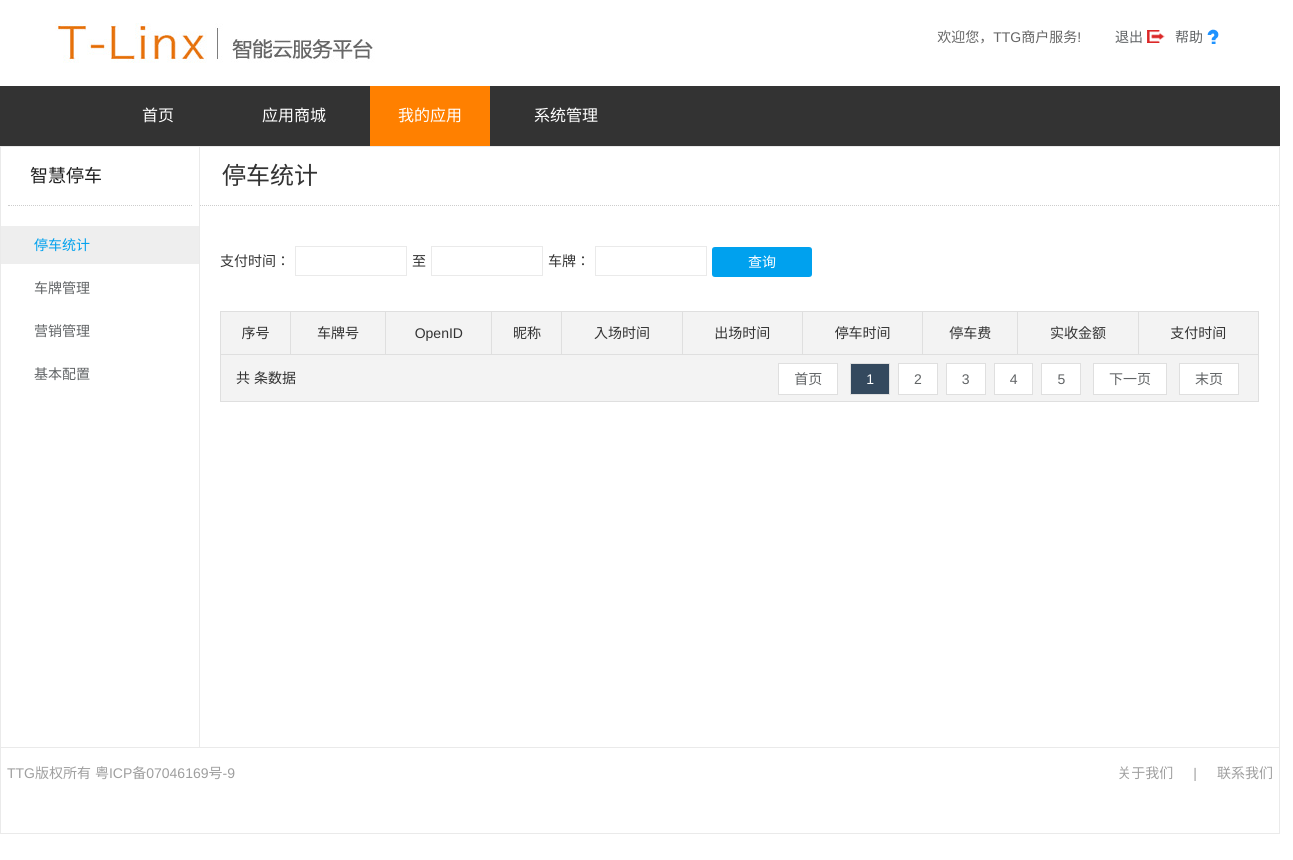
Repository: Keori/ParkCar
Page: admin/商户云/智慧停车/ParkManage.html
The author's editor kept a copy of each file at every save. The page is drawn from the files as they stood at one save, then again after the next save.
The browser window is 1280 px wide. The page is 1293 px wide, so the pictures cover 1293 px, including what lies to the right of the window. The pictures show the whole page.
The page's requests for data from a server got no answer.

Above is the page before, as saved 2018-12-24 10:30:24.

### admin/商户云/智慧停车/ParkManage.html
<!DOCTYPE html>
<html lang="en">
<head>
    <meta charset="utf-8">
    <meta name="viewport" content="initial-scale=1.0,width=device-width" />
    <meta name="keywords" content="" />
    <meta name="description" content="" />
    <title>会员卡</title>
    <link href="../css/reset.css" type="text/css" rel="stylesheet"/>
    <link href="../css/layout.css" type="text/css" rel="stylesheet"/>
    <link href="../laydate/laydate.css" type="text/css" rel="stylesheet"/>
    <script type="text/javascript" src="../js/jquery-3.1.1.min.js"></script>
    <script type="text/javascript" src="../js/vue.js"></script>
</head>
<body>
<header class="header index_header">
    <div class="top w1170">
        <div class="logo"><i></i><img src="../images/logo.jpg" alt=""/></div>
        <div class="top_right">欢迎您，TTG商户服务! <span class="icon out_icon"><a href="">退出<code></code></a></span><span class="icon help_icon"><a href="">帮助<code></code></a></span></div>
    </div>

    <menu class="menu">
        <div class="w1170">
            <ul>
                <li><a href="">首页</a></li>
                <li><a href="">应用商城</a></li>
                <li class="on"><a href="">我的应用</a></li>
                <li><a href="">系统管理</a></li>
            </ul>
        </div>
    </menu>
</header>
<section id="content" class="content content1170">
    <aside class="left_con">
        <div class="left_con_tit borderb">智慧停车</div>

        <ul>
            <li class="on"><a href="">停车统计</a></li>
            <li><a href="">车牌管理</a></li>
            <li>
                <h1><a class='pagetitle' href="javascript:;" @click='ManageType'>营销管理</a><i></i></a>
                <div class='secondary' v-show='type'>
                    <h2 :class="{active:changeGray===1}" @click='change(1)'>
                        <a class='nextselect' href="Manage.html">
                            <span class='blockText'>模板类型</span>
                        </a>
                    </h2>
                    <h2 :class="{active:changeGray===2}" @click='change(2)'>
                        <a class='nextselect' href="Manage2.html">
                            <span class='blockText'>广告类型</span>
                        </a>
                    </h2>
                </div>
            </li>
            <li><a href="Basic.html">基本配置</a></li>
        </ul>
    </aside>
    <section id="boxRight" class="boxRight">
        <div class="boxRight_tit f1 borderb">停车统计</div>
        <article class="boxRightCon">
            <div class="CommonInput viplist_formlist viplist_formlist_1">
                <ul>
                    <li>
                        <span class="name">支付时间：</span><input id='timeData' name="text" type="text" style="width:100px;"/>
                    </li>
                    <li>
                        <span class="name">至</span><input id='timeData1' name="text" type="text" style="width:100px;"/>
                    </li>
                    <li>
                        <span class="name">车牌：</span><input v-model='filterSearch.plateNo' name="text" type="text" style="width:100px;"/>
                    </li>
                    <li>
                        <div class="org_btn"><a @click='Search'>查询</a></div>
                    </li>
                </ul>
            </div>
            <table width="100%" cellpadding="0" cellspacing="0" border="0" class="commonTable commonTable4">
                <tr>
                    <th>序号</th>
                    <th>车牌号</th>
                    <th>OpenID</th>
                    <th>昵称</th>
                    <th>入场时间</th>
                    <th>出场时间</th>
                    <th>停车时间</th>
                    <th>停车费</th>
                    <th>实收金额</th>
                    <th>支付时间</th>
                </tr>
                <tr v-for='(item,index) in Park' v-show='index<6'>
                    <td>{{index+1}}</td>
                    <td>{{item.plateNo}}</td>
                    <td>{{item.OpenId}}</td>
                    <td>{{item.nickName}}</td>
                    <td>{{item.entryTime}}</td>
                    <td>{{item.payTime}}</td>
                    <td>{{item.elapsedTime}}</td>
                    <td>{{item.payable}}</td>
                    <td class="red">{{item.OfficialMoney}}</td>
                    <td>{{item.payTime}}</td>
                </tr>
            </table>
            <div class="bg_f3 page">共 {{pages.pageSize}} 条数据
                <div class="page_right fr">
                    <a href="javascript:;">首页</a>
                    <span v-show='current != 0' @click='current-- && goto(current)'>
                        <a href="#">上一页</a>
                    </span>
                    <span class='itempage'
                        v-for='(paging,index) in items'
                        :key='index'>
                        <a href="javascript:;" :class='{active:current===index}' @click='goto(index)'>{{paging}}</a>
                    </span>
                    <span v-show="allpage != current && allpage != 0 " @click="current++ && goto(current++)">
                        <a href="#">下一页</a>
                    </span>
                    <a href="javascript:;">末页</a>
                </div>
            </div>
        </article>
    </section>
    <footer class="footer">
        <div class="w1000">
            <p class="footer_a fl">TTG版权所有   粤ICP备07046169号-9</p>
            <p class="footer_b fr"><a href="">关于我们</a>|<a href="">联系我们</a></p>
        </div>
    </footer>
</section>
<script  type="text/javascript">
    new Vue({
        el: '#content',
        data(){
            return{
                current: 0,
                showItem:5,
                allpage:13,
                type: false,
                changeGray: '',
                filterSearch:{
                    plateNo: '',
                    payTimeStart: '',
                    payTimeEnd: ''
                },
                Park: [],
                pages:{},
            }
        },
        computed:{
            items(){
                // const c = this.pages.currPage
                // const t = this.pages.totalPage
                // if(c){
                //     return [1,2,3,4,5]
                // }else if(c >=6){
                //     return ['···',c-1,c,c+1,'···',t]
                // }else{
                //     return [1,2,3,4,5,'···',t]
                // }
                let pag = [];
                if( this.current < this.showItem ){
                    let i = Math.min(this.showItem,this.allpage);
                    while(i){
                        pag.unshift(i--);
                    }
                }else{
                    let middle = this.current - Math.floor(this.showItem / 2 ),
                        i = this.showItem;
                    if( middle >  (this.allpage - this.showItem)  ){
                        middle = (this.allpage - this.showItem) + 1
                    }
                    while(i--){
                        pag.push( middle++ );
                    }
                }
                return pag
            }
        },
        methods:{
            Search(){
                this.filterSearch.payTimeStart = $('#timeData').val()
                this.filterSearch.payTimeEnd = $('#timeData1').val()
                let params = this.filterSearch;
                console.log(this.filterSearch);
                $.ajax({
                url: 'http://park.ardy0220.top:9999/merchant/car/list',
                type: 'get',
                data: params,
                statusCode:{
                    404:() => {
                        alert('网络错误')
                    }
                },
                success:(params) => {
                    this.Park = params.page.list
                    console.log(this.Park)
                }
            })
            },
            ManageType(){
                if(this.type === false){
                    this.type = true
                }else{
                    this.type = false
                }
            },
            change(num){
                this.changeGray = num
            },
            goto(index){
                if(index == this.current) return;
                this.current = index;
            }
        },
        created(){
            this.Search()
        }
    })
</script>
</body>
<script src="../laydate/laydate.js"></script>
<script>
laydate({
    elem: '#timeData' //指定元素
});
laydate({
    elem: '#timeData1' //指定元素
});
</script>
<style>
.pagetitle,.nextselect{
    font-weight: normal;
}
.nextselect{
    font-size: 14px;
}
.active{
    background: #EEEEEE
}
.blockText{
    display: block;
    width: 130px;
    height: 37.6px;
    margin: auto;
}
.active{
    background: #34495e !important;
    border-color: #34495e;
    color: #fff;
}
</style>
</html>

### admin/商户云/laydate/laydate.css
/**

 @Name： laydate皮肤：默认
 @Author：贤心
 @Site：http://sentsin.com/layui/laydate

**/

.laydate-icon{border:1px solid #C6C6C6; background-image:url(icon.png)}

.laydate_body .laydate_box,
.laydate_body .laydate_ym,
.laydate_body .laydate_ym .laydate_yms,
.laydate_body .laydate_table,
.laydate_body .laydate_table td,
.laydate_body .laydate_bottom #laydate_hms,
.laydate_body .laydate_time,
.laydate_body .laydate_bottom .laydate_btn a{border:1px solid #ccc;}

.laydate_body .laydate_y .laydate_yms a,
.laydate_body .laydate_choose,
.laydate_body .laydate_table thead,
.laydate_body .laydate_bottom .laydte_hsmtex{background-color:#F6F6F6;}

.laydate_body .laydate_box,
.laydate_body .laydate_ym .laydate_yms,
.laydate_body .laydate_time{box-shadow: 2px 2px 5px rgba(0,0,0,.1);}

.laydate_body .laydate_box{border-top:none; border-bottom:none; background-color:#fff; color:#333;}
.laydate_body .laydate_box input{color:#333;}
.laydate_body .laydate_box .laydate_void{color:#ccc!important; /*text-decoration:line-through;*/}
.laydate_body .laydate_box .laydate_void:hover{background-color:#fff!important}
.laydate_body .laydate_box a, .laydate_body .laydate_box a:hover{color:#333;}
.laydate_body .laydate_box a:hover{color:#666;}
.laydate_body .laydate_click{background-color:#eee!important;}
.laydate_body .laydate_top{border-top:1px solid #C6C6C6;}
.laydate_body .laydate_ym .laydate_yms{border:1px solid #C6C6C6; background-color:#fff;}
.laydate_body .laydate_y .laydate_yms a{border-bottom:1px solid #C6C6C6;}
.laydate_body .laydate_y .laydate_yms .laydate_chdown{border-top:1px solid #C6C6C6; border-bottom:none;}
.laydate_body .laydate_choose{border-left:1px solid #C6C6C6;}
.laydate_body .laydate_chprev{border-left:none; border-right:1px solid #C6C6C6;}
.laydate_body .laydate_choose:hover,
.laydate_body .laydate_y .laydate_yms a:hover{background-color:#fff;}
.laydate_body .laydate_chtop cite{border-bottom-color:#666;}
.laydate_body .laydate_chdown cite, .laydate_body .laydate_ym label{border-top-color:#666;}
.laydate_body .laydate_chprev cite{border-right-style:solid; border-right-color:#666;}
.laydate_body .laydate_chnext cite{border-left-style:solid; border-left-color:#666;}
.laydate_body .laydate_table td{border:none;  height:21px!important; line-height:21px!important; background-color:#fff;}
.laydate_body .laydate_table .laydate_nothis{color:#999;}
.laydate_body .laydate_table thead{height:21px!important; line-height:21px!important;}
.laydate_body .laydate_table thead th{border-bottom:1px solid #ccc;}
.laydate_body .laydate_bottom{border-bottom:1px solid #C6C6C6;}
.laydate_body .laydate_bottom #laydate_hms{background-color:#fff;}
.laydate_body .laydate_time{background-color:#fff;}
.laydate_body .laydate_bottom .laydate_sj{border-right:1px solid #C6C6C6; background-color:#F6F6F6;}
.laydate_body .laydate_bottom input{background-color:#fff;}
.laydate_body .laydate_bottom .laydte_hsmtex{border-bottom:1px solid #C6C6C6;}
.laydate_body .laydate_bottom .laydate_btn{border-right:1px solid #C6C6C6;}
.laydate_body .laydate_bottom .laydate_v{color:#999}
.laydate_body .laydate_bottom .laydate_btn a{border-right:none; background-color:#F6F6F6;}
.laydate_body .laydate_bottom .laydate_btn a:hover{color:#000; background-color:#fff;}

.laydate_body .laydate_m .laydate_yms span:hover,
.laydate_body .laydate_y .laydate_yms ul li:hover,
.laydate_body .laydate_table td:hover,
.laydate_body .laydate_time .laydate_hmsno span:hover{background-color:#F3F3F3}

### admin/商户云/laydate/need/laydate.css
/**

 @Name： laydate 核心样式
 @Author：贤心
 @Site：http://sentsin.com/layui/laydate

**/

html{_background-image:url(about:blank); _background-attachment:fixed;}
.laydate_body .laydate_box, .laydate_body .laydate_box *{margin:0; padding:0;}
.laydate-icon,
.laydate-icon-default,
.laydate-icon-danlan,
.laydate-icon-dahong,
.laydate-icon-molv{height:22px; line-height:22px; padding-right:20px; border:1px solid #C6C6C6; background-repeat:no-repeat; background-position:right center;  background-color:#fff; outline:0;}
.laydate-icon-default{ background-image:url(../skins/default/icon.png)}
.laydate-icon-danlan{border:1px solid #B1D2EC; background-image:url(../skins/danlan/icon.png)}
.laydate-icon-dahong{background-image:url(../skins/dahong/icon.png)}
.laydate-icon-molv{background-image:url(../skins/molv/icon.png)}
.laydate_body .laydate_box{width:240px; font:12px '\5B8B\4F53'; z-index:99999999; *margin:-2px 0 0 -2px; *overflow:hidden; _margin:0; _position:absolute!important; background-color:#fff;}
.laydate_body .laydate_box li{list-style:none;}
.laydate_body .laydate_box .laydate_void{cursor:text!important;}
.laydate_body .laydate_box a, .laydate_body .laydate_box a:hover{text-decoration:none; blr:expression(this.onFocus=this.blur()); cursor:pointer;}
.laydate_body .laydate_box a:hover{text-decoration:none;}
.laydate_body .laydate_box cite, .laydate_body .laydate_box label{position:absolute; width:0; height:0; border-width:5px; border-style:dashed; border-color:transparent; overflow:hidden; cursor:pointer;}
.laydate_body .laydate_box .laydate_yms, .laydate_body .laydate_box .laydate_time{display:none;}
.laydate_body .laydate_box .laydate_show{display:block;}
.laydate_body .laydate_box input{outline:0; font-size:14px; background-color:#fff;}
.laydate_body .laydate_top{position:relative; height:26px; padding:5px; *width:100%; z-index:99;}
.laydate_body .laydate_ym{position:relative; float:left; height:24px; cursor:pointer;}
.laydate_body .laydate_ym input{float:left; height:24px; line-height:24px; text-align:center; border:none; cursor:pointer;}
.laydate_body .laydate_ym .laydate_yms{position:absolute; left: -1px; top: 24px; height:181px;}
.laydate_body .laydate_y{width:121px; margin-right:6px;}
.laydate_body .laydate_y input{width:64px; margin-right:15px;}
.laydate_body .laydate_y .laydate_yms{width:121px; text-align:center;}
.laydate_body .laydate_y .laydate_yms a{position:relative; display:block; height:20px;}
.laydate_body .laydate_y .laydate_yms ul{height:139px; padding:0; *overflow:hidden;}
.laydate_body .laydate_y .laydate_yms ul li{float:left; width:60px; height:20px; line-height: 20px; text-overflow: ellipsis; overflow: hidden; white-space: nowrap;}
.laydate_body .laydate_m{width:99px;}
.laydate_body .laydate_m .laydate_yms{width:99px; padding:0;}
.laydate_body .laydate_m input{width:42px; margin-right:15px;}
.laydate_body .laydate_m .laydate_yms span{display:block; float:left; width:42px; margin: 5px 0 0 5px; line-height:24px; text-align:center; _display:inline;}
.laydate_body .laydate_choose{display:block; float:left; position:relative; width:20px; height:24px;}
.laydate_body .laydate_choose cite, .laydate_body .laydate_tab cite{left:50%; top:50%;}
.laydate_body .laydate_chtop cite{margin:-7px 0 0 -5px; border-bottom-style:solid;}
.laydate_body .laydate_chdown cite, .laydate_body .laydate_ym label{top:50%; margin:-2px 0 0 -5px; border-top-style:solid;}
.laydate_body .laydate_chprev cite{margin:-5px 0 0 -7px;}
.laydate_body .laydate_chnext cite{margin:-5px 0 0 -2px;}
.laydate_body .laydate_ym label{right:28px;}
.laydate_body .laydate_table{ width:230px; margin:0 5px; border-collapse:collapse; border-spacing:0px; }
.laydate_body .laydate_table td{width:31px; height:19px; line-height:19px; text-align: center; cursor:pointer; font-size: 12px;}
.laydate_body .laydate_table thead{height:22px; line-height:22px;}
.laydate_body .laydate_table thead th{font-weight:400; font-size:12px; text-align:center;}
.laydate_body .laydate_bottom{position:relative; height:22px; line-height:20px; padding:5px; font-size:12px;}
.laydate_body .laydate_bottom #laydate_hms{position: relative; z-index: 1; float:left; }
.laydate_body .laydate_time{ position:absolute; left:5px; bottom: 26px; width:129px; height:125px; *overflow:hidden;}
.laydate_body .laydate_time .laydate_hmsno{ padding:5px 0 0 5px;}
.laydate_body .laydate_time .laydate_hmsno span{display:block; float:left; width:24px; height:19px; line-height:19px; text-align:center; cursor:pointer; *margin-bottom:-5px;}
.laydate_body .laydate_time1{width:228px; height:154px;}
.laydate_body .laydate_time1 .laydate_hmsno{padding: 6px 0 0 8px;}
.laydate_body .laydate_time1 .laydate_hmsno span{width:21px; height:20px; line-height:20px;}
.laydate_body .laydate_msg{left:49px; bottom:67px; width:141px; height:auto; overflow: hidden;}
.laydate_body .laydate_msg p{padding:5px 10px;}
.laydate_body .laydate_bottom li{float:left; height:20px; line-height:20px; border-right:none; font-weight:900;}
.laydate_body .laydate_bottom .laydate_sj{width:33px; text-align:center; font-weight:400;}
.laydate_body .laydate_bottom input{float:left; width:21px; height:20px; line-height:20px; border:none; text-align:center; cursor:pointer; font-size:12px;  font-weight:400;}
.laydate_body .laydate_bottom .laydte_hsmtex{height:20px; line-height:20px; text-align:center;}
.laydate_body .laydate_bottom .laydte_hsmtex span{position:absolute; width:20px; top:0; right:0px; cursor:pointer;}
.laydate_body .laydate_bottom .laydte_hsmtex span:hover{font-size:14px;}
.laydate_body .laydate_bottom .laydate_btn{position:absolute; right:5px; top:5px;}
.laydate_body .laydate_bottom .laydate_btn a{float:left; height:20px; padding:0 6px; _padding:0 5px;}
.laydate_body .laydate_bottom .laydate_v{position:absolute; left:10px; top:6px; font-family:Courier; z-index:0;}

### admin/商户云/laydate/skins/default/laydate.css
/**

 @Name： laydate皮肤：默认
 @Author：贤心
 @Site：http://sentsin.com/layui/laydate

**/

.laydate-icon{border:1px solid #C6C6C6; background-image:url(icon.png)}

.laydate_body .laydate_box,
.laydate_body .laydate_ym,
.laydate_body .laydate_ym .laydate_yms,
.laydate_body .laydate_table,
.laydate_body .laydate_table td,
.laydate_body .laydate_bottom #laydate_hms,
.laydate_body .laydate_time,
.laydate_body .laydate_bottom .laydate_btn a{border:1px solid #ccc;}

.laydate_body .laydate_y .laydate_yms a,
.laydate_body .laydate_choose,
.laydate_body .laydate_table thead,
.laydate_body .laydate_bottom .laydte_hsmtex{background-color:#F6F6F6;}

.laydate_body .laydate_box,
.laydate_body .laydate_ym .laydate_yms,
.laydate_body .laydate_time{box-shadow: 2px 2px 5px rgba(0,0,0,.1);}

.laydate_body .laydate_box{border-top:none; border-bottom:none; background-color:#fff; color:#333;}
.laydate_body .laydate_box input{color:#333;}
.laydate_body .laydate_box .laydate_void{color:#ccc!important; /*text-decoration:line-through;*/}
.laydate_body .laydate_box .laydate_void:hover{background-color:#fff!important}
.laydate_body .laydate_box a, .laydate_body .laydate_box a:hover{color:#333;}
.laydate_body .laydate_box a:hover{color:#666;}
.laydate_body .laydate_click{background-color:#eee!important;}
.laydate_body .laydate_top{border-top:1px solid #C6C6C6;}
.laydate_body .laydate_ym .laydate_yms{border:1px solid #C6C6C6; background-color:#fff;}
.laydate_body .laydate_y .laydate_yms a{border-bottom:1px solid #C6C6C6;}
.laydate_body .laydate_y .laydate_yms .laydate_chdown{border-top:1px solid #C6C6C6; border-bottom:none;}
.laydate_body .laydate_choose{border-left:1px solid #C6C6C6;}
.laydate_body .laydate_chprev{border-left:none; border-right:1px solid #C6C6C6;}
.laydate_body .laydate_choose:hover,
.laydate_body .laydate_y .laydate_yms a:hover{background-color:#fff;}
.laydate_body .laydate_chtop cite{border-bottom-color:#666;}
.laydate_body .laydate_chdown cite, .laydate_body .laydate_ym label{border-top-color:#666;}
.laydate_body .laydate_chprev cite{border-right-style:solid; border-right-color:#666;}
.laydate_body .laydate_chnext cite{border-left-style:solid; border-left-color:#666;}
.laydate_body .laydate_table td{border:none;  height:21px!important; line-height:21px!important; background-color:#fff;}
.laydate_body .laydate_table .laydate_nothis{color:#999;}
.laydate_body .laydate_table thead{height:21px!important; line-height:21px!important;}
.laydate_body .laydate_table thead th{border-bottom:1px solid #ccc;}
.laydate_body .laydate_bottom{border-bottom:1px solid #C6C6C6;}
.laydate_body .laydate_bottom #laydate_hms{background-color:#fff;}
.laydate_body .laydate_time{background-color:#fff;}
.laydate_body .laydate_bottom .laydate_sj{border-right:1px solid #C6C6C6; background-color:#F6F6F6;}
.laydate_body .laydate_bottom input{background-color:#fff;}
.laydate_body .laydate_bottom .laydte_hsmtex{border-bottom:1px solid #C6C6C6;}
.laydate_body .laydate_bottom .laydate_btn{border-right:1px solid #C6C6C6;}
.laydate_body .laydate_bottom .laydate_v{color:#999}
.laydate_body .laydate_bottom .laydate_btn a{border-right:none; background-color:#F6F6F6;}
.laydate_body .laydate_bottom .laydate_btn a:hover{color:#000; background-color:#fff;}

.laydate_body .laydate_m .laydate_yms span:hover,
.laydate_body .laydate_y .laydate_yms ul li:hover,
.laydate_body .laydate_table td:hover,
.laydate_body .laydate_time .laydate_hmsno span:hover{background-color:#F3F3F3}

Loaded but not shown: admin/商户云/js/jquery-3.1.1.min.js (library); admin/商户云/js/vue.js (library); admin/商户云/laydate/laydate.js (library); admin/商户云/css/layout.css (845 lines, source omitted); admin/商户云/css/reset.css (322 lines, source omitted)

After the next save:
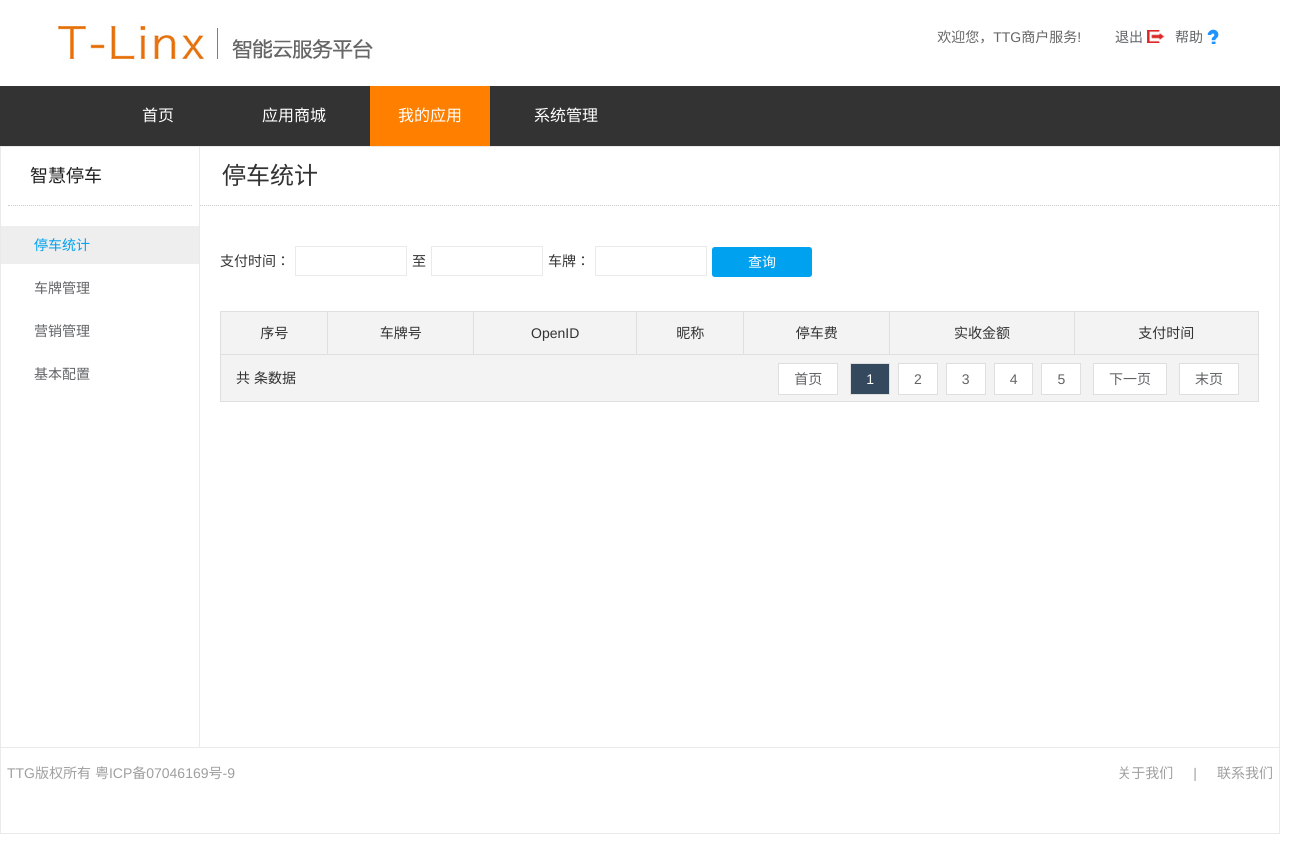
Saved 39 s later.
--- a/admin/商户云/智慧停车/ParkManage.html
+++ b/admin/商户云/智慧停车/ParkManage.html
@@ -80,9 +80,6 @@
                     <th>车牌号</th>
                     <th>OpenID</th>
                     <th>昵称</th>
-                    <th>入场时间</th>
-                    <th>出场时间</th>
-                    <th>停车时间</th>
                     <th>停车费</th>
                     <th>实收金额</th>
                     <th>支付时间</th>
@@ -92,9 +89,6 @@
                     <td>{{item.plateNo}}</td>
                     <td>{{item.OpenId}}</td>
                     <td>{{item.nickName}}</td>
-                    <td>{{item.entryTime}}</td>
-                    <td>{{item.payTime}}</td>
-                    <td>{{item.elapsedTime}}</td>
                     <td>{{item.payable}}</td>
                     <td class="red">{{item.OfficialMoney}}</td>
                     <td>{{item.payTime}}</td>
